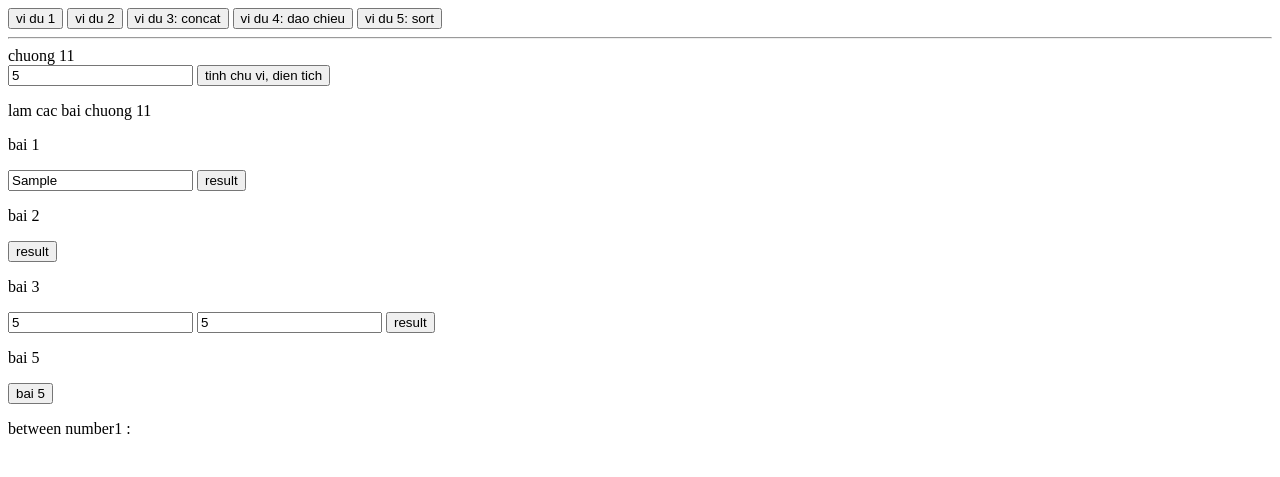
Repository: thanhp6868/ltWeb
Page: 1810/vidu/index.html
The author's editor kept a copy of each file at every save. The page is drawn from the files as they stood at one save, then again after the next save.
The browser window is 1280 px wide. The pictures show the whole page.
Empty fields were first filled with sample values (such as "Sample", 5 or name@example.com).
After loading, the first visible `button[onclick="bai5()"]` was clicked once.

Above is the page before, as saved 2023-10-18 16:28:00.

After the next save:
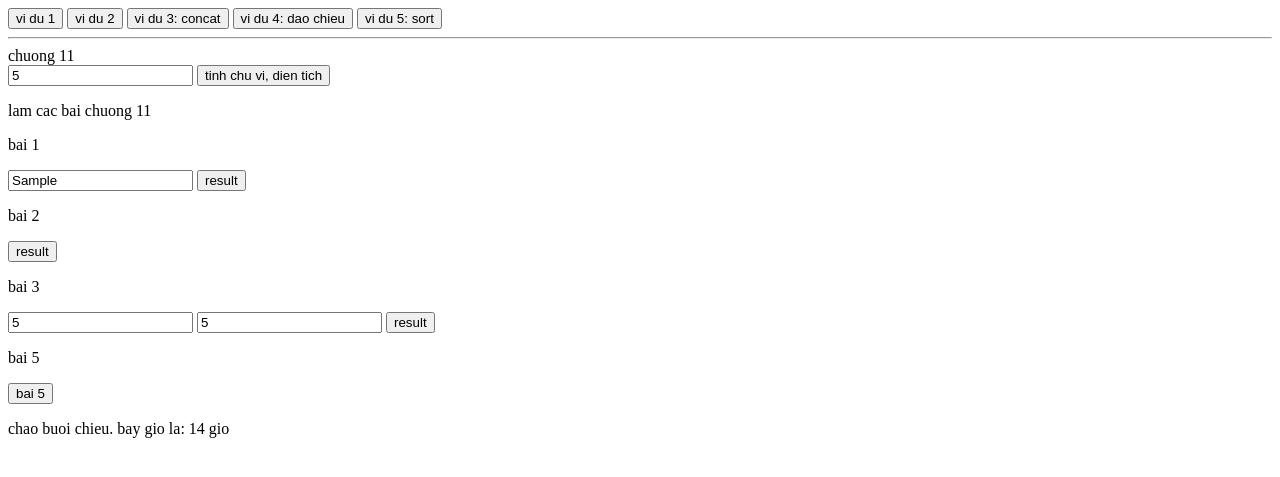
Saved 21 s later.
--- a/1810/vidu/vidu.js
+++ b/1810/vidu/vidu.js
@@ -81,11 +81,11 @@ var max =x;
 
 function bai5(){
     var time = new Date();
-    var hour =12;
-    var str1=" ";
+    var hour = time.getHours();
+    var str1="";
     if(hour<12)
         str1 ="chao buoi sang";
     else str1="chao buoi chieu";
 
-    document.getElementById("result_5").innerHTML = "between number1 : ";
+    document.getElementById("result_5").innerHTML = str1 +". bay gio la: "+ hour+" gio";
 }
